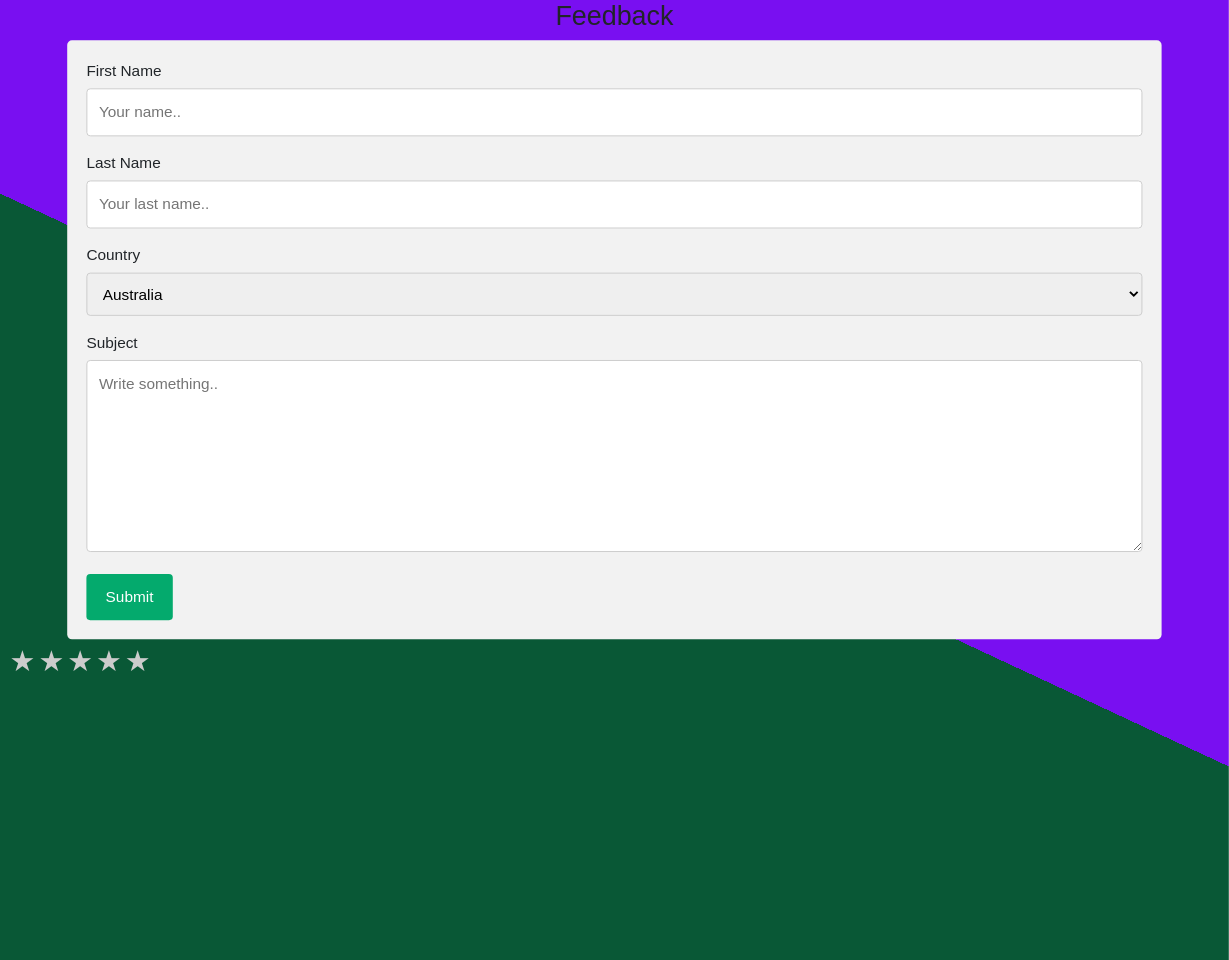
Repository: poornasyamasundar/Software-Project-Manager
Page: SoftwareManager/Templates/feedback.html
An editor plug-in stored every save of this project. The page is shown before and after the next save, followed by the edit.
The browser window is 1280 px wide. The pictures show the whole page, at 96% of full size.

Above is the page before, as saved 2021-10-23 20:50:22.

### SoftwareManager/Templates/feedback.html
<!DOCTYPE html>
<html>
	<head>
		<link rel = 'stylesheet' href = 'newProject.css'>
		<link href="https://cdn.jsdelivr.net/npm/bootstrap@5.0.2/dist/css/bootstrap.min.css" rel="stylesheet" integrity="sha384-EVSTQN3/azprG1Anm3QDgpJLIm9Nao0Yz1ztcQTwFspd3yD65VohhpuuCOmLASjC" crossorigin="anonymous">
		<title>
			New Project
		</title>
        <style>
            body {font-family: Arial, Helvetica, sans-serif;}
            * {box-sizing: border-box;}

            input[type=text], select, textarea {
              width: 100%;
              padding: 12px;
              border: 1px solid #ccc;
              border-radius: 4px;
              box-sizing: border-box;
              margin-top: 6px;
              margin-bottom: 16px;
              resize: vertical;
            }

            input[type=submit] {
              background-color: #04AA6D;
              color: white;
              padding: 12px 20px;
              border: none;
              border-radius: 4px;
              cursor: pointer;
            }

            input[type=submit]:hover {
              background-color: #45a049;
            }

            .container {
              border-radius: 5px;
              background-color: #f2f2f2;
              padding: 20px;
            }



            *{
                margin: 0;
                padding: 0;
            }
            .rate {
                float: left;
                height: 46px;
                padding: 0 10px;
            }
            .rate:not(:checked) > input {
                position:absolute;
                top:-9999px;
            }
            .rate:not(:checked) > label {
                float:right;
                width:1em;
                overflow:hidden;
                white-space:nowrap;
                cursor:pointer;
                font-size:30px;
                color:#ccc;
            }
            .rate:not(:checked) > label:before {
                content: '★ ';
            }
            .rate > input:checked ~ label {
                color: #ffc700;
            }
            .rate:not(:checked) > label:hover,
            .rate:not(:checked) > label:hover ~ label {
                color: #deb217;
            }
            .rate > input:checked + label:hover,
            .rate > input:checked + label:hover ~ label,
            .rate > input:checked ~ label:hover,
            .rate > input:checked ~ label:hover ~ label,
            .rate > label:hover ~ input:checked ~ label {
                color: #c59b08;
            }
            </style>
	</head>
	<body>
        <h3 align="center">Feedback</h3>

<div class="container">
  <form action="">
    <label for="fname">First Name</label>
    <input type="text" id="fname" name="firstname" placeholder="Your name..">

    <label for="lname">Last Name</label>
    <input type="text" id="lname" name="lastname" placeholder="Your last name..">

    <label for="country">Country</label>
    <select id="country" name="country">
      <option value="australia">Australia</option>
      <option value="canada">Canada</option>
      <option value="usa">USA</option>
    </select>

    <label for="subject">Subject</label>
    <textarea id="subject" name="subject" placeholder="Write something.." style="height:200px"></textarea>

    <input type="submit" value="Submit">
  </form>
</div>
<div class="rate">
    <input type="radio" id="star5" name="rate" value="5" />
    <label for="star5" title="text">5 stars</label>
    <input type="radio" id="star4" name="rate" value="4" />
    <label for="star4" title="text">4 stars</label>
    <input type="radio" id="star3" name="rate" value="3" />
    <label for="star3" title="text">3 stars</label>
    <input type="radio" id="star2" name="rate" value="2" />
    <label for="star2" title="text">2 stars</label>
    <input type="radio" id="star1" name="rate" value="1" />
    <label for="star1" title="text">1 star</label>
  </div>
    </body>
</html>

### SoftwareManager/Templates/newProject.css
body
{
	background-color: lightpink;
}
#homeMenu
{
	width: 100%;
	height: 80px;
	background-color: lightblue;
}
#logo
{
	width: 30vw;
	height: 80px;
	display: inline-block;
	background-color: lightgreen;
}
#goback
{
	width: 80px;
	height: 80px;
	display: inline-block;
	float: right;
	background-color: red;
}
#help
{
	width: 80px;
	height: 80px;
	display: inline-block;
	float: right;
	background-color: lightgreen;
}/*
#newProjectBox
{
	background-color: purple;
	width: 400px;
	margin: auto;
	height: 300px;
	margin-top: 10px;
	padding-top: 10px;
}
#create
{
	height: 40px;
	width: 100px;
	margin: auto;
	margin-top: 10px;
	background-color: yellow;
}
#name, #model, #contributors, #repositorylink
{
	height: 40px;
	width: 300px;
	margin: auto;
	margin-top: 10px;
	background-color: yellow;
} */

body {
	background-color: #4BDBC3;
	background-image: -webkit-linear-gradient(65deg, #095836  50%,  #790ff1 50%); /*#4aeaf0 #f05151 #F8F7DE*/
	min-height: 1000px;
  }

  #ui {
	background-color: #333;
	padding: 30px;
	margin-top: 50px;
	border-radius: 10px;
	opacity: 0.9;
	font-weight: bold;
  }

  #ui label,
  h1 {
	color: #fff;
  }

After the next save:
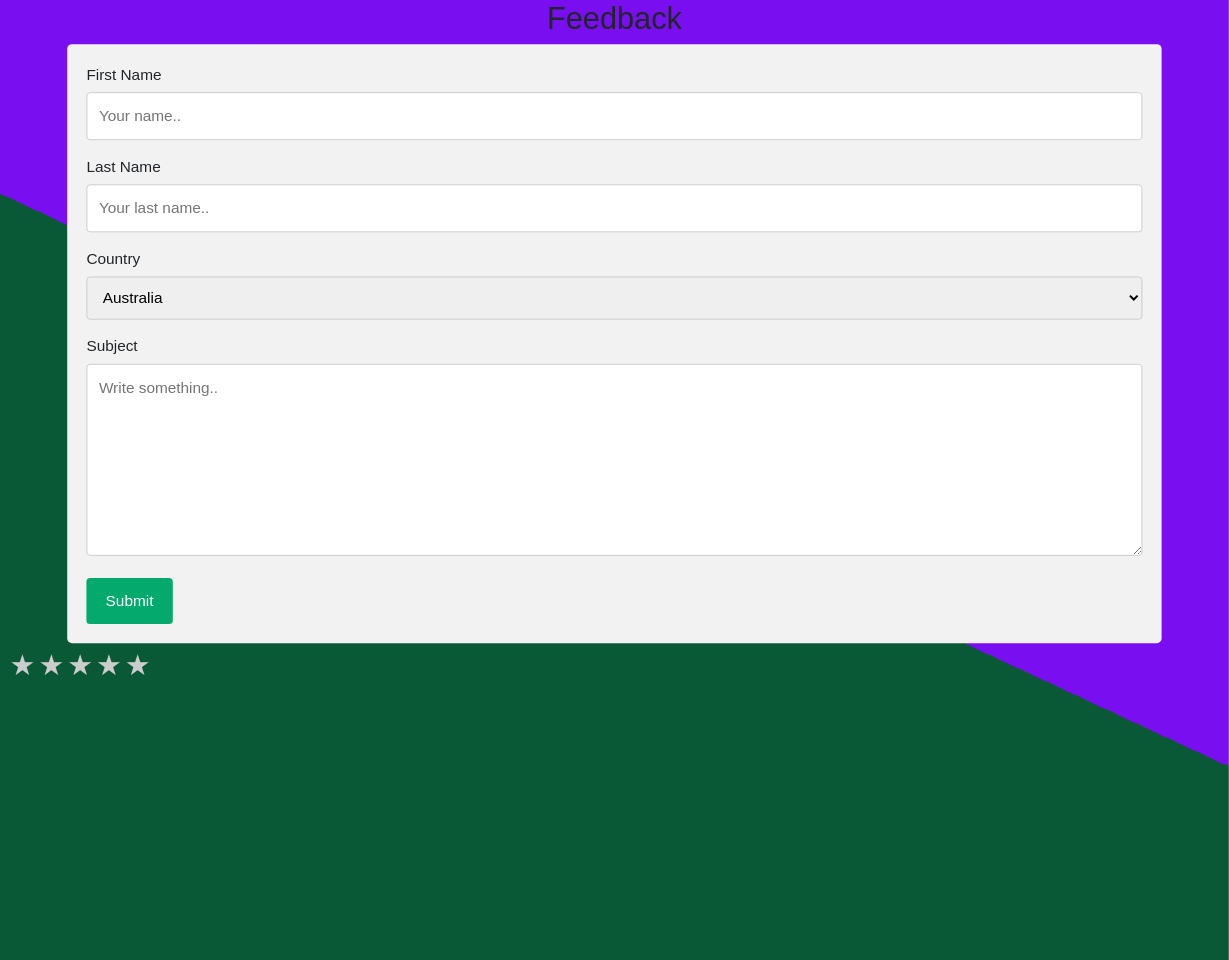
Saved 9 s later.
--- a/SoftwareManager/Templates/feedback.html
+++ b/SoftwareManager/Templates/feedback.html
@@ -84,7 +84,7 @@
             </style>
 	</head>
 	<body>
-        <h3 align="center">Feedback</h3>
+        <h2 align="center">Feedback</h2>
 
 <div class="container">
   <form action="">
